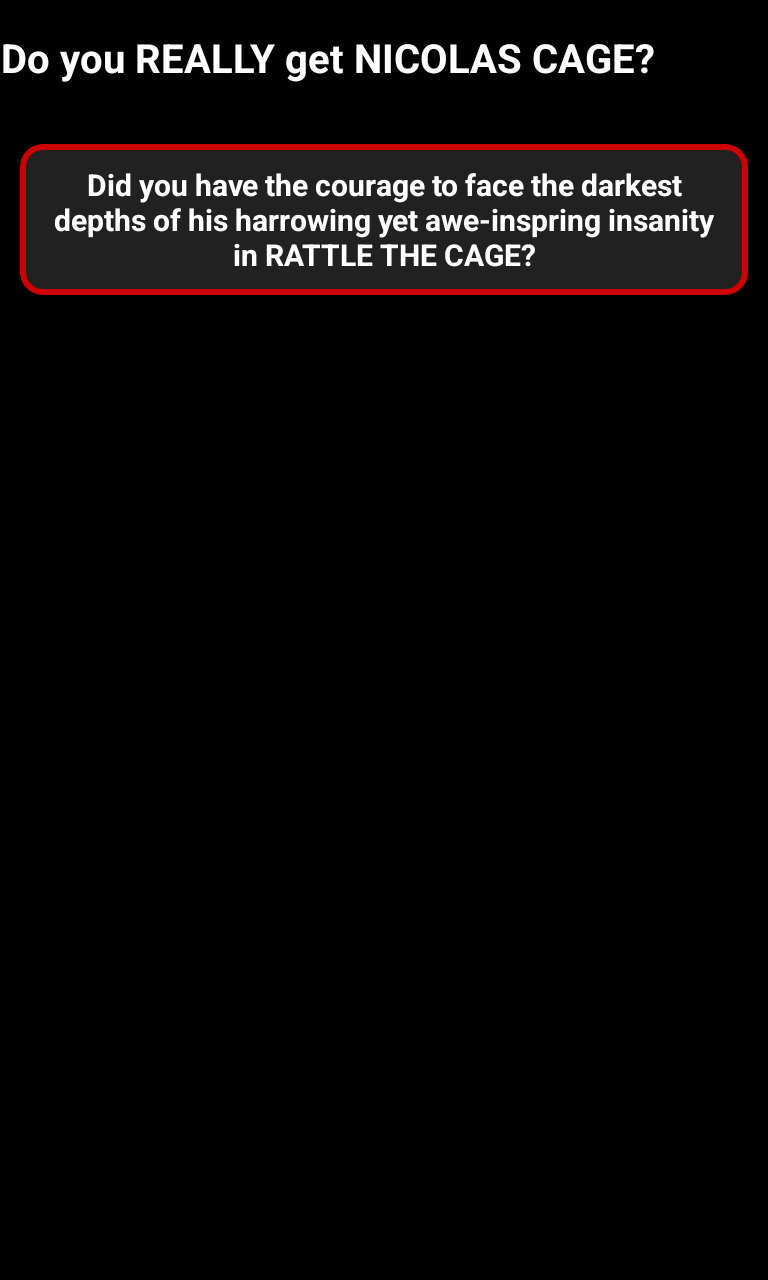
Repository: kylenicola/NicCageMobileApp
Layout: NicolasCageApp/res/layout/activity_score_menu.xml
An editor plug-in stored every save of this project. The layout is shown before and after the next save, followed by the edit.
It is drawn on a 768 x 1280 px phone screen (xhdpi) without system bars, with theme AppTheme; the app's code is not run.

Above is the layout before, as saved 2014-12-04 02:31:48.

### NicolasCageApp/res/layout/activity_score_menu.xml
<?xml version="1.0" encoding="utf-8"?>

<LinearLayout xmlns:android="http://schemas.android.com/apk/res/android"
	android:layout_width="match_parent"
	android:layout_height="match_parent"
	android:background="@android:color/background_dark"
	android:orientation="vertical" >

	 <TextView
	     android:id="@+id/scoreMenuTitle"
	     android:layout_width="wrap_content"
	     android:layout_height="wrap_content"
	     android:gravity="center"
	     android:layout_marginTop="15dp"
	     android:text="@string/score_menu_title"
	     android:textSize="20sp"
	     android:textStyle="bold"
	     android:textColor="@android:color/white" />

	 <Button
		android:id="@+id/button_scoreRattleTheCage"
	    android:layout_width="wrap_content"
	    android:layout_height="wrap_content"
	    android:layout_gravity="center"
	    android:layout_marginTop="30dp"
	    android:layout_marginLeft="10dp"
	    android:layout_marginRight="10dp"
	    android:background="@drawable/score_menu_button_style"
	    android:text="@string/rattle_the_cage_score_description"
	    android:textColor="@android:color/white"
	    android:textStyle="bold"
	    android:textSize="15sp"
	    android:radius="10dp"
	    android:OnClick="onClickRattleTheCageScore" />




</LinearLayout>

### NicolasCageApp/res/values/strings.xml
<?xml version="1.0" encoding="utf-8"?>
<resources>

    <string name="app_name">NicolasCageApp</string>
    <string name="hello_world">Hello world!</string>
    <string name="action_settings">Settings</string>
    <string name="title_activity_abcs_with_nic">AbcsWithNic</string>
    <string name="takeQuiz">TAKE THE QUIZ</string>
    <string name="title_activity_settings">Settings</string>
    <string name="slow_down_ABCs">Slow down A, B, C game</string>
    <string name="noSlowDown">NICOLAS CAGE SLOWS DOWN FOR NO MAN</string>
    <string name="score_title">Scores</string>
    <string name="rattle_the_cage_title">Rattle The Cage</string>
    <string name="rattle_the_cage_label">Total Score: </string>
    <string name="title_activity_score_menu">ScoreMenu</string>
    <string name="score_menu_title">Do you REALLY get NICOLAS CAGE?</string>
    <string name="rattle_the_cage_score_description">Did you have the courage to face the darkest depths of his harrowing yet awe-inspring insanity in RATTLE THE CAGE?</string>
    <string name="title_activity_rattle_the_cage_score">RattleTheCageScore</string>

</resources>

### NicolasCageApp/res/drawable/score_menu_button_style.xml
<?xml version="1.0" encoding="utf-8"?>
<shape
    xmlns:android="http://schemas.android.com/apk/res/android"
    android:shape="rectangle">

    <!-- view background color -->
    <solid
        android:color="#212121" >
    </solid>

    <!-- view border color and width -->
    <stroke
        android:width="3dp"
        android:color="#cd0000" >
    </stroke>

    <!-- If you want to add some padding -->
    <padding
        android:left="10dp"
        android:top="10dp"
        android:right="10dp"
        android:bottom="10dp"    >
    </padding>

    <!-- Here is the corner radius -->
    <corners
        android:radius="10dp"   >
    </corners>

</shape>

Loaded but not shown: NicolasCageApp/res/values/styles.xml (common file); NicolasCageApp/res/values-v11/styles.xml (common file); NicolasCageApp/res/values-v14/styles.xml (common file)

After the next save:
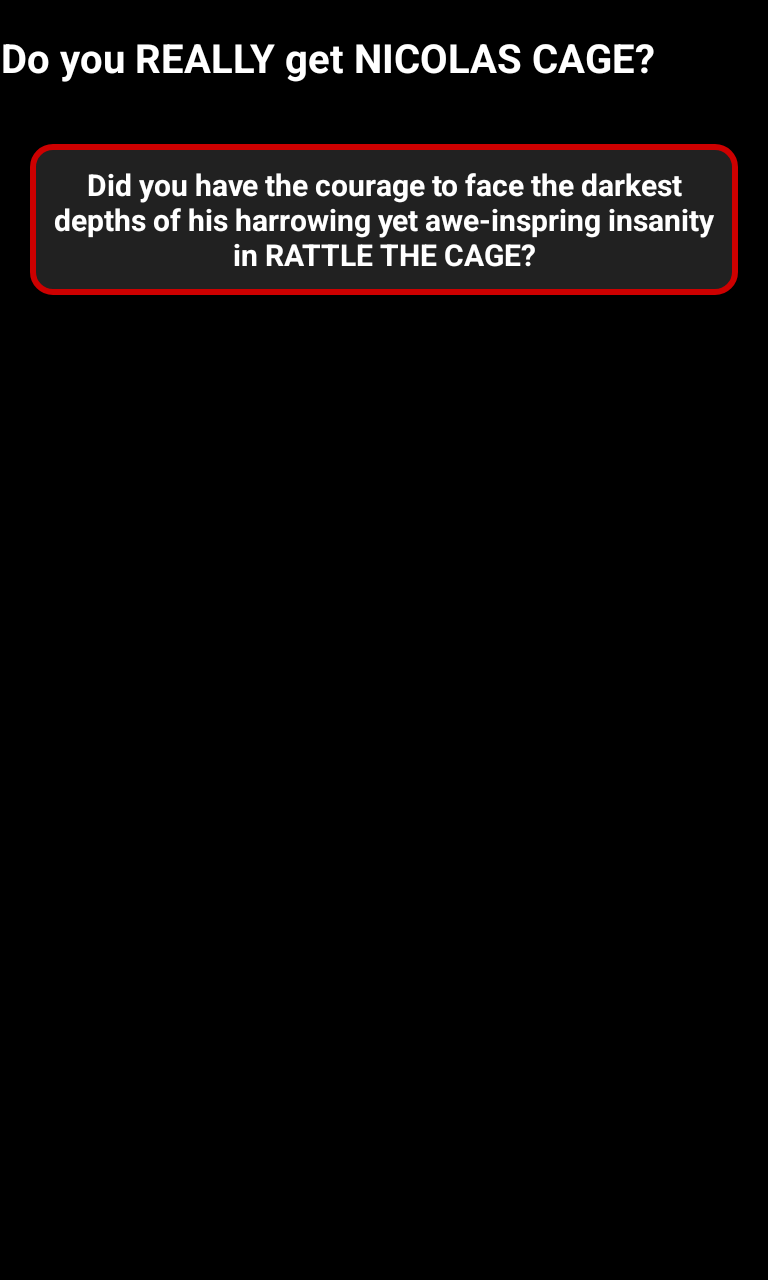
Saved 25 s later.
--- a/NicolasCageApp/res/layout/activity_score_menu.xml
+++ b/NicolasCageApp/res/layout/activity_score_menu.xml
@@ -23,8 +23,8 @@
 	    android:layout_height="wrap_content"
 	    android:layout_gravity="center"
 	    android:layout_marginTop="30dp"
-	    android:layout_marginLeft="10dp"
-	    android:layout_marginRight="10dp"
+	    android:layout_marginLeft="15dp"
+	    android:layout_marginRight="15dp"
 	    android:background="@drawable/score_menu_button_style"
 	    android:text="@string/rattle_the_cage_score_description"
 	    android:textColor="@android:color/white"
